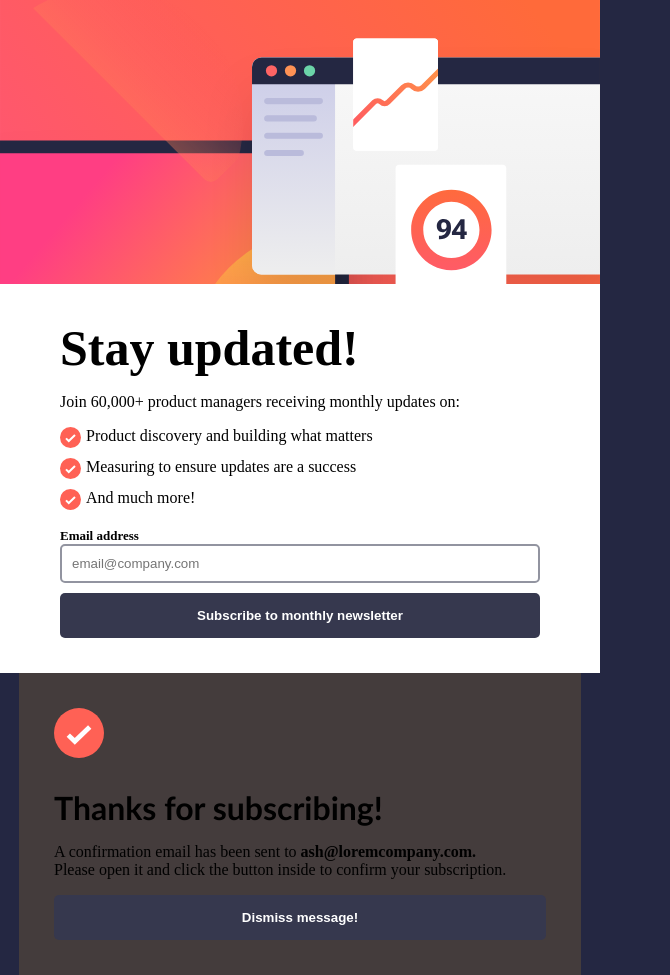
Repository: Celebration-cloud/Newsletter
Page: index.html
The author's editor kept a copy of each file at every save. The page is drawn from the files as they stood at one save, then again after a run of saves.
The browser window is 600 px wide. The page is 600 px wide, then 670 px, so the pictures cover 670 px, including what lies to the right of the window. The pictures show the whole page.

Above is the page before, as saved 2023-07-19 23:48:39.

### index.html
<!DOCTYPE html>
<html lang="en">
<head>
  <meta charset="UTF-8">
  <meta name="viewport" content="width=device-width, initial-scale=1.0"> <!-- displays site properly based on user's device -->

  <link rel="icon" type="image/png" sizes="32x32" href="./assets/images/favicon-32x32.png">
  <link rel="stylesheet" href="index.css">

  <title>Frontend Mentor | Newsletter sign-up form with success message</title>

  <!-- Feel free to remove these styles or customise in your own stylesheet 👍 -->
  <style>
    .attribution { font-size: 11px; text-align: center; }
    .attribution a { color: hsl(228, 45%, 44%); }
  </style>
</head>
<body>

  <!-- Sign-up form start -->
  <div id="container">
    <div id="home-page">
      <h2 id="news">Stay updated!</h2>
      <p id="content">Join 60,000+ product managers receiving monthly updates on:</p>
      <ul id="features">
        <li>
          <img id="list-icon" src="./assets/images/icon-list.svg" alt="" srcset="">
          <p>Product discovery and building what matters</p>
        </li>
        <li>
          <img id="list-icon" src="./assets/images/icon-list.svg" alt="" srcset="">
          <p>Measuring to ensure updates are a success</p>
        </li>
        <li>
          <img id="list-icon" src="./assets/images/icon-list.svg" alt="" srcset="">
          <p>And much more!</p>
        </li>
      </ul>
      <form action="email">
        <label for="email">Email address</label><br>
        <input type="email" name="email" required placeholder="email@company.com" id="email"><br>
        <button id="subscribe-btn" type="submit">Subscribe to monthly newsletter</button>
      </form>
    </div>
    <div id="sign-up"></div>
  </div>
  <script type="module" src="index.js"></script>


  <!-- Sign-up form end -->

  <!-- Success message start -->
  <div id="success">
    <img id="signed-icon" src="./assets/images/icon-list.svg" alt="" srcset="">
    <h2>Thanks for subscribing!</h2>
    <p>A confirmation email has been sent to <b>ash@loremcompany.com.</b> <br>
    Please open it and click the button inside to confirm your subscription.</p>
    <button type="reset" id="dismiss">Dismiss message!</button>
  </div>

<!--
  <div class="attribution">
    Challenge by <a href="https://www.frontendmentor.io?ref=challenge" target="_blank">Frontend Mentor</a>.
    Coded by <a href="#">Your Name Here</a>.
  </div> -->
</body>
</html>

### index.css
html, body{
    padding: 0;
    margin: 20px;
    box-sizing: border-box;
    background-color: hsl(234, 29%, 20%);
    -webkit-user-select: none;
    user-select: none;
    display: flex;
    justify-content: center;

}

#container{
    background-color: white;
    display: flex;
    flex-wrap: wrap;
    justify-content: space-between;
    padding: 15px;
    column-gap: 10px;
    margin: 0;
    border-radius: 15px;
}

#sign-up{
    background-image: url(./assets/images/illustration-sign-up-desktop.svg);
    background-repeat: no-repeat;
    background-size: cover;
    width: 305px;
    height: 450px;
}

#home-page{
    width: 50%;
    margin: auto;
}

ul{
    list-style-type: none;
    padding: 0;
    display: flex;
    flex-direction: column;
    gap: 10px;
}

li{
    display: flex;
    margin: 0;
    padding: 0;
}

li p {
    margin: 0;
    padding-left: 5px;
    align-self: flex-start;
}

#list-icon{
    padding: 0;
    margin: 0;
    align-self: flex-start;
}

#news{
    font-size: 312.5%;
    padding: 0;
    margin: 0;
}



label{
    font-size: 13px;
    font-weight: bolder;
}

input{
    width: 100%;
    padding: 10px;
    box-sizing: border-box;
    border-radius: 5px;
    margin-bottom: 10px;
    border: 2px solid hsl(231, 7%, 60%);
}

button{
    width: 100%;
    padding: 15px;
    box-sizing: border-box;
    border-radius: 5px;
    border: none;
    color: white;
    font-weight: bolder;
    background-color: hsl(235, 18%, 26%);
}

#success{
    background-color: rgb(68, 60, 60);
}

@media (max-width: 741px) {
    html, body{
        padding: 0;
        margin: 0;
        display: inline;
    }
    #container{
        background-color: white;
        display: flex;
        flex-wrap: wrap;
        flex-direction: column-reverse;
        margin: 0;
        padding: 0;
        border-radius: none;
        border-radius: 0;
    }
    #home-page{
        margin: auto;
        width: 80%;
        padding: 35px;
    }
    #sign-up{
        background-image: url(./assets/images/illustration-sign-up-mobile.svg);
        background-repeat: no-repeat;
        background-size: cover;
        width: 100%;
        height: 284px;
    }
    #success{
        margin: auto;
        width: 82%;
        padding: 35px;
        display: flex;
        flex-direction: column;
        justify-content: space-between;
    }
    #success img{
        width: 50px;
        margin-bottom: 30px;
    }
    #success h2{
        font-weight: bolder;
        margin: 0;
        font-size: xx-large;
        font-family: 'Gill Sans', 'Gill Sans MT', Calibri, 'Trebuchet MS', sans-serif;
    }
    #success p{
        font-weight: light;
    }


}

### index.js
// import { initializeApp } from "https://www.gstatic.com/firebasejs/9.15.0/firebase-app.js"
// import { getDatabase, ref, push, onValue } from "https://www.gstatic.com/firebasejs/9.15.0/firebase-database.js"

// let appSettings = {
//     "databaseUrl": " https://playground-51efb-default-rtdb.europe-west1.firebasedatabase.app/ "
// }

// const app = initializeApp(appSettings)
// const database = getDatabase(app)
// const newsLetterDb = ref(database, "newsLetterDb")

const emailEL = document.getElementById("email")
const inputEL = document.getElementById("subscribe-btn")
const container = document.getElementById("container")
const dismiss = document.getElementById("dismiss")

function successful() {
    let successful = `
        <div id="success">
            <img id="signed-icon" src="./assets/images/icon-list.svg" alt="" srcset="">
            <h2>Thanks for subscribing!</h2>
            <p>A confirmation email has been sent to ash@loremcompany.com. <br>
            Please open it and click the button inside to confirm your subscription.</p>
            <button type="reset" id="dismiss">Dismiss message!</button>
        </div>
    `
    container.innerHTML = successful
    // dismiss()
}

inputEL.addEventListener("click", function() {
    // let inputValue = emailEL.value
    // inputEL = inputValue
    // push( newsLetterDb, inputEL)
    successful()
})

// function dismiss() {
//      let content = `

//      `

// }
// dismiss.addEventListener("click", function() {
//     dismiss()
// })

After the next 2 saves:
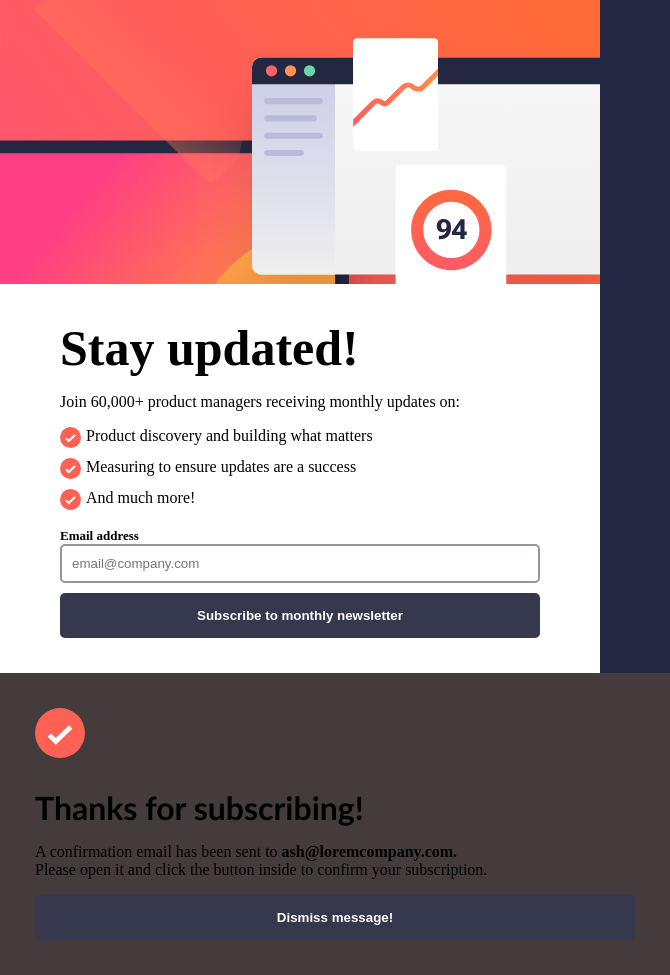
The 2 saves are shown as one change because they came seconds apart.
The last was saved 20 s later.
--- a/index.css
+++ b/index.css
@@ -127,7 +127,7 @@ button{
     }
     #success{
         margin: auto;
-        width: 82%;
+        width: 100%;
         padding: 35px;
         display: flex;
         flex-direction: column;
